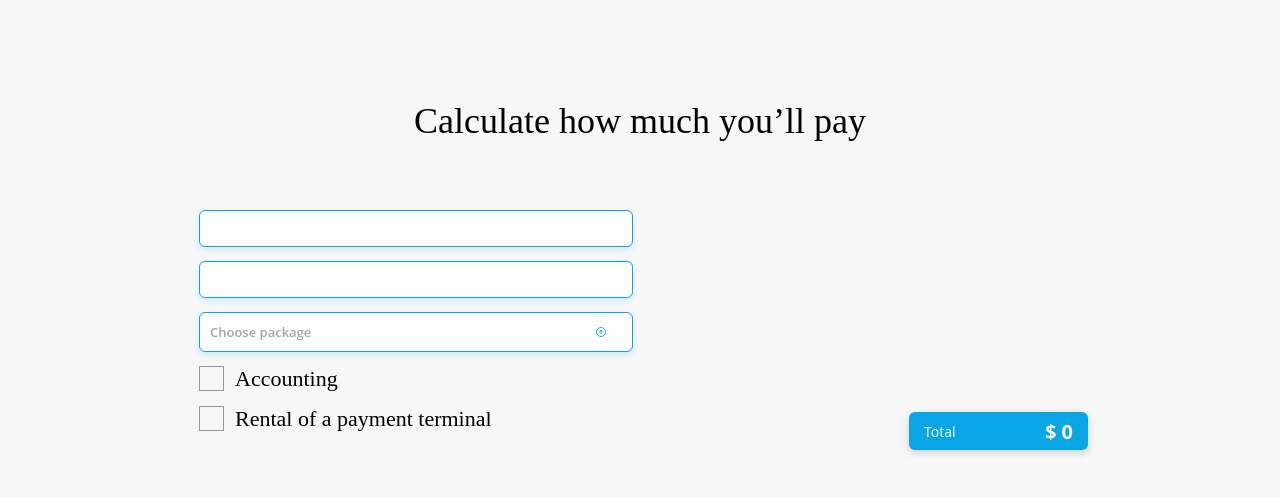
Repository: VolodymyrDubnytskyi/BestShop_project
Page: inedx2.html
These files come from the project's save history. The page is drawn as it stood at one moment and after the next save; the edit follows.
The browser window is 1280 px wide. The pictures show the whole page.

Above is the page before, as saved 2020-01-20 20:26:36.

After the next save:
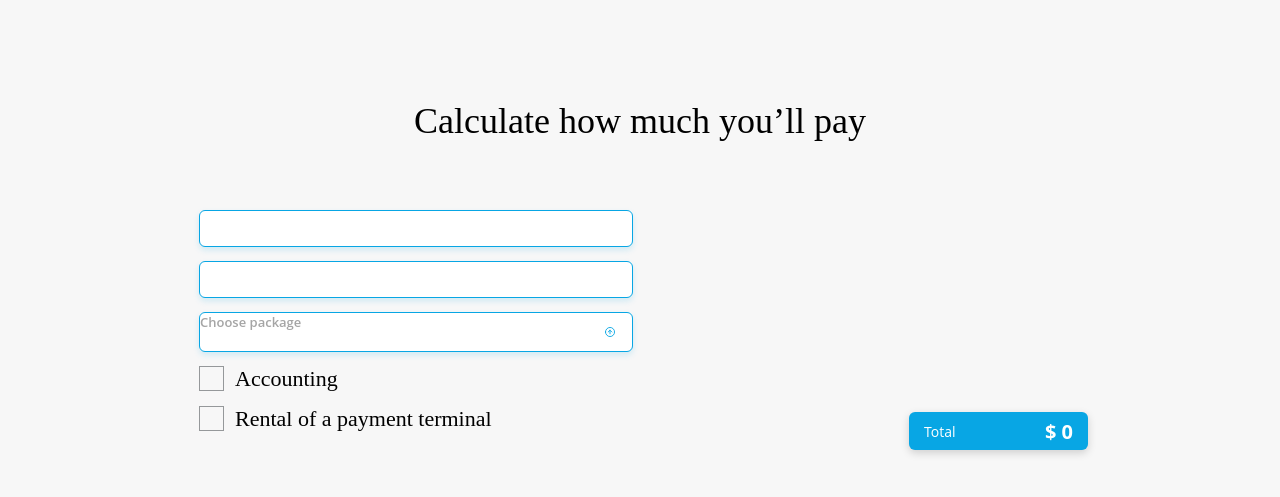
Saved 38 s later.
--- a/css/style.css
+++ b/css/style.css
@@ -794,7 +794,7 @@
   display: none;
 }
 
-.calculate-box-inputs .custom-select-box {
+.calculate-form .calculate-box-inputs .custom-select-box {
   height: 40px;
   background: #fff;
   cursor: pointer;

After the save that followed:
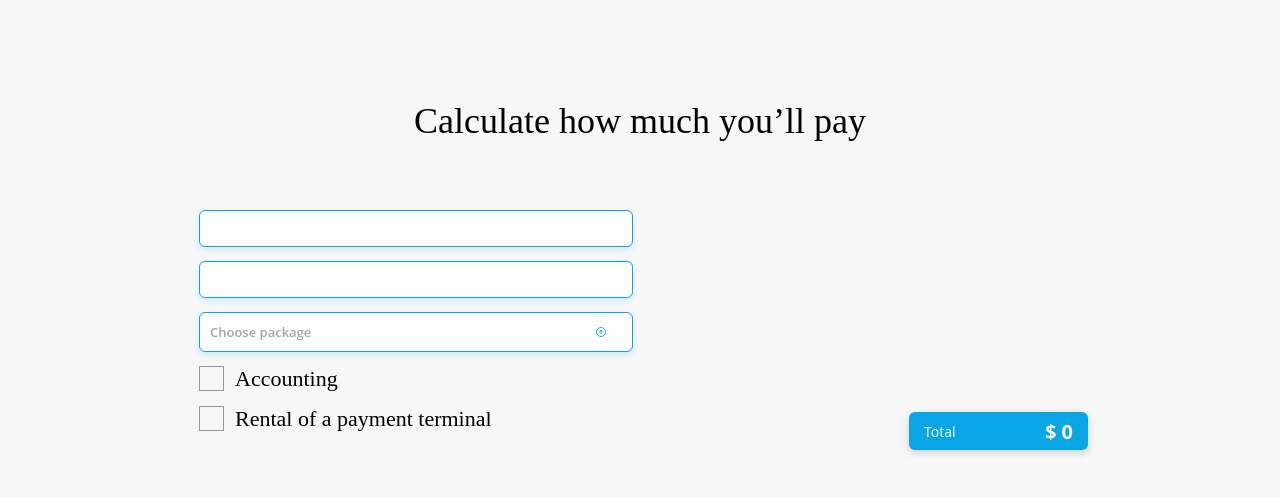
Saved 32 s later.
--- a/css/style.css
+++ b/css/style.css
@@ -794,7 +794,7 @@
   display: none;
 }
 
-.calculate-form .calculate-box-inputs .custom-select-box {
+.calculate-box-inputs  > .custom-select-box {
   height: 40px;
   background: #fff;
   cursor: pointer;
